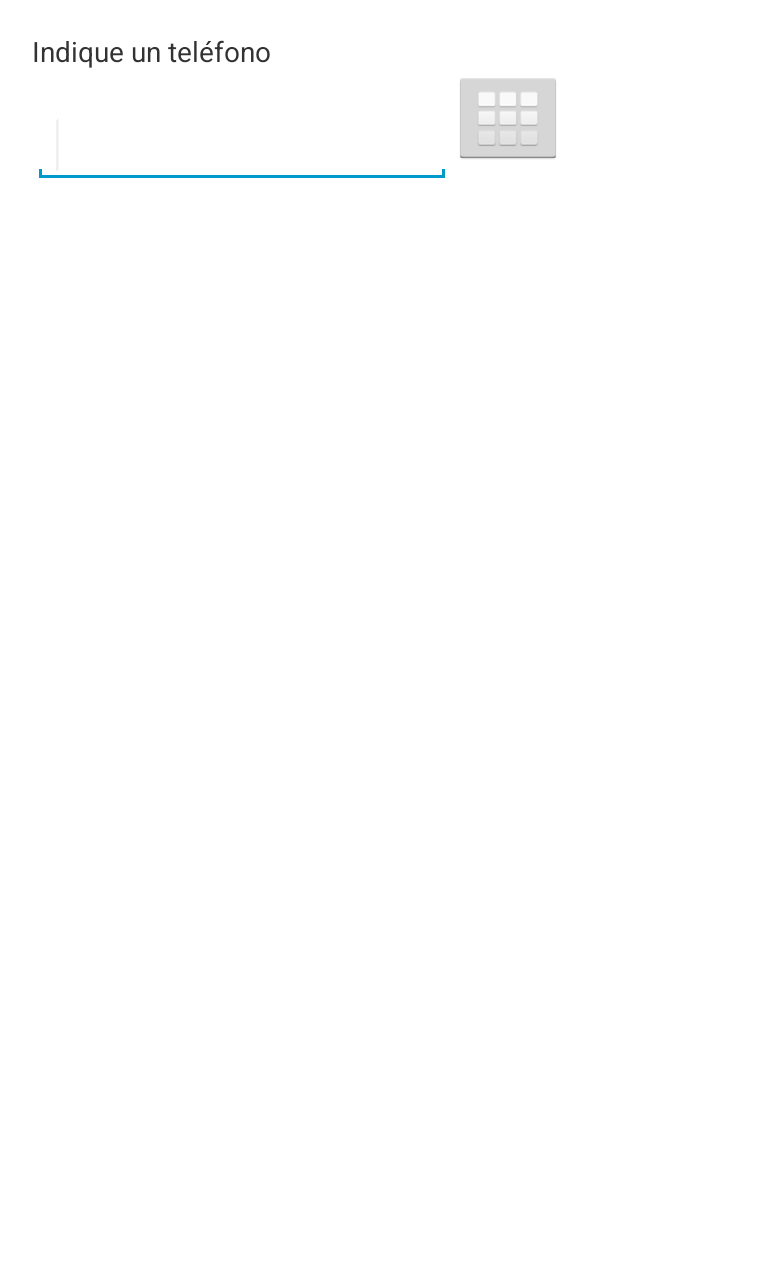
Repository: paullfull21/pmdm
Layout: RealizarLlamada/res/layout/activity_llamada.xml
These files come from the project's save history. The layout is drawn as it stood at one moment and after the next save; the edit follows.
It is drawn on a 768 x 1280 px phone screen (xhdpi) without system bars, with theme AppTheme; the app's code is not run.

Above is the layout before, as saved 2013-10-02 12:05:51.

After the next save:
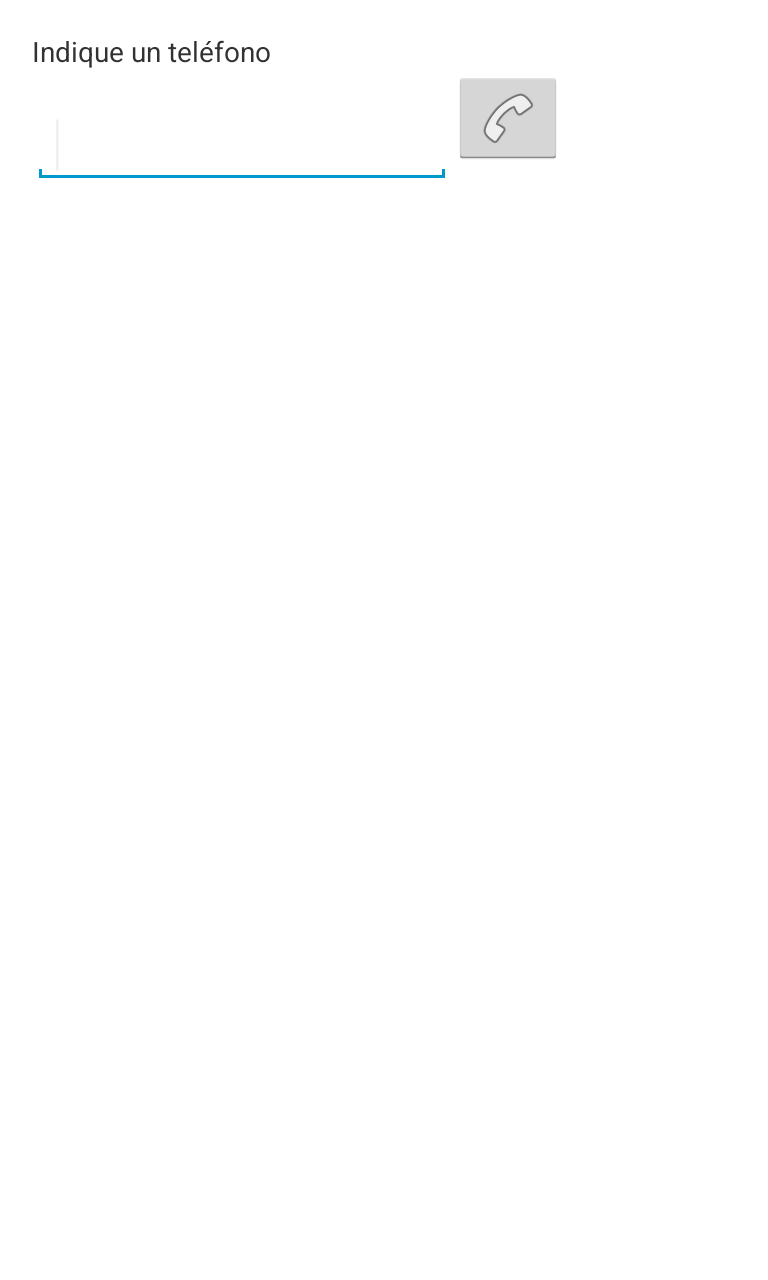
Saved 33 s later.
--- a/RealizarLlamada/res/layout/activity_llamada.xml
+++ b/RealizarLlamada/res/layout/activity_llamada.xml
@@ -33,6 +33,6 @@
         android:layout_height="wrap_content"
         android:layout_below="@+id/textViewTfnoLabel"
         android:layout_toRightOf="@+id/phoneNumber"
-        android:src="@android:drawable/ic_dialog_dialer" />
+        android:src="@android:drawable/ic_menu_call" />
 
 </RelativeLayout>
